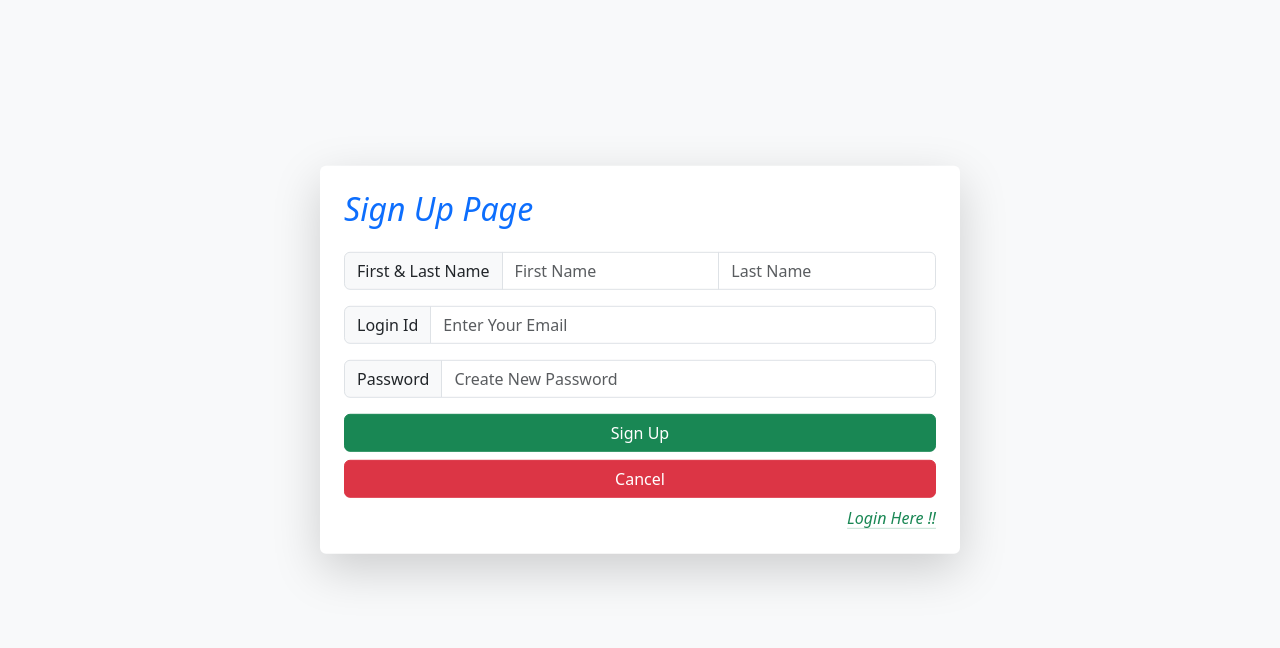
Repository: Niket-mishra/Dummy
Page: http://localhost/Mini-Project/NewCustomer.jsp
An editor plug-in stored every save of this project. The page is shown before and after the next save, followed by the edit.
The browser window is 1280 px wide. The pictures show the whole page.
The page is served by Tomcat 10. Other server files are loaded and not shown.

Above is the page before, as saved 2024-05-07 16:30:18.

### Mini-Project/src/main/webapp/NewCustomer.jsp
<%@ page language="java" contentType="text/html; charset=ISO-8859-1"
    pageEncoding="ISO-8859-1"%>
<!DOCTYPE html>
<html>
<head>
<meta charset="ISO-8859-1">
<title>Customer SignUp</title>
<link href="https://cdn.jsdelivr.net/npm/bootstrap@5.3.3/dist/css/bootstrap.min.css" rel="stylesheet" integrity="sha384-QWTKZyjpPEjISv5WaRU9OFeRpok6YctnYmDr5pNlyT2bRjXh0JMhjY6hW+ALEwIH" crossorigin="anonymous">
</head>
<body class = "bg-light">
<div class="position-absolute top-50 start-50 translate-middle  p-4 mb-5 rounded shadow-lg bg-white">
<h2 class ="mb-4 fst-italic text-primary">Sign Up Page</h2>
<form action="LoginController">
<div class="input-group mb-3">
  <span class="input-group-text">First & Last Name</span>
  <input type="text" aria-label="text" class="form-control" placeholder="First Name" required>
   <input type="text" aria-label="text" class="form-control" placeholder="Last Name" required>
</div>
<div class="input-group mb-3">
  <span class="input-group-text">Login Id</span>
  <input type="email" aria-label="Email" class="form-control" placeholder="Enter Your Email" required>
</div>

<div class="input-group mb-3">
  <span class="input-group-text">Password</span>
  <input type="password" aria-label="password" class="form-control" placeholder="Create New Password" required>
</div>

<div class="vstack gap-2 col-md-12 mx-auto">
<input type ="submit" value ="Sign Up" class="btn btn-success">
<input type ="reset" value ="Cancel" class = "btn btn-danger">
<a href="Login.jsp" class = "fst-italic align-bottom d-flex justify-content-end link-success link-offset-2 link-underline-opacity-25 link-underline-opacity-100-hover">Login Here !!</a>
</div>
</form>
</div>
</body>
</html>

After the next save:
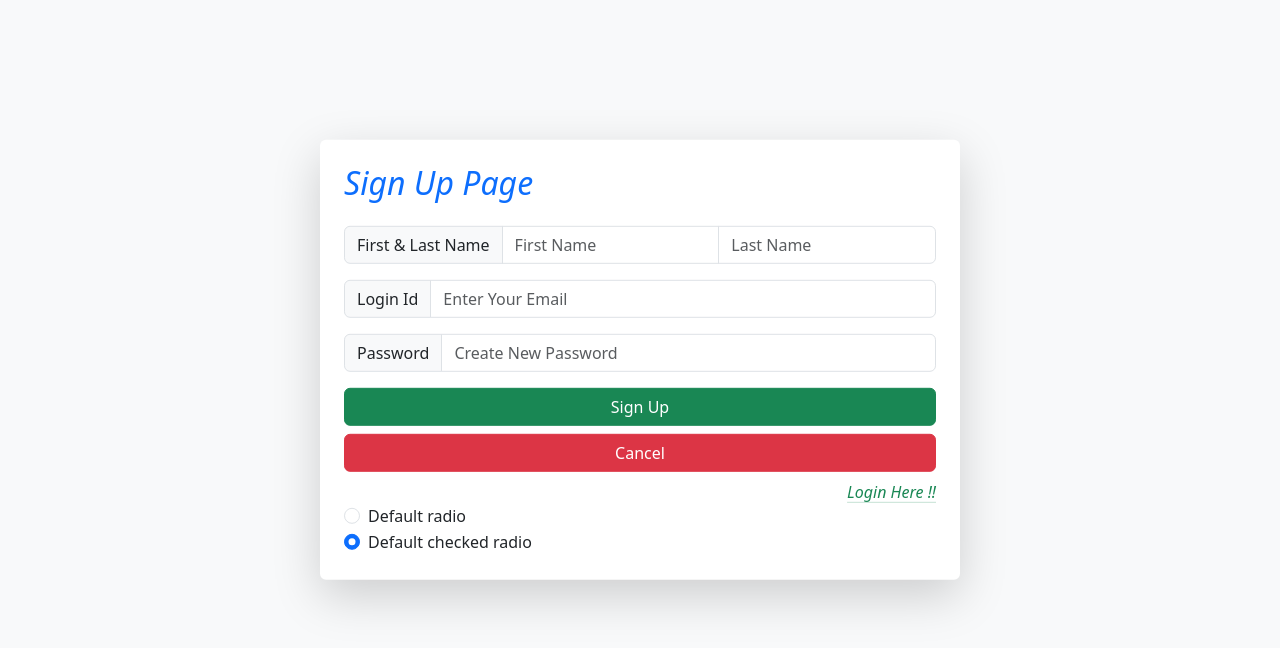
Saved 4 min 14 s later.
--- a/Mini-Project/src/main/webapp/NewCustomer.jsp
+++ b/Mini-Project/src/main/webapp/NewCustomer.jsp
@@ -31,6 +31,18 @@
 <input type ="reset" value ="Cancel" class = "btn btn-danger">
 <a href="Login.jsp" class = "fst-italic align-bottom d-flex justify-content-end link-success link-offset-2 link-underline-opacity-25 link-underline-opacity-100-hover">Login Here !!</a>
 </div>
+<div class="form-check">
+  <input class="form-check-input" type="radio" name="flexRadioDefault" id="flexRadioDefault1">
+  <label class="form-check-label" for="flexRadioDefault1">
+    Default radio
+  </label>
+</div>
+<div class="form-check">
+  <input class="form-check-input" type="radio" name="flexRadioDefault" id="flexRadioDefault2" checked>
+  <label class="form-check-label" for="flexRadioDefault2">
+    Default checked radio
+  </label>
+</div>
 </form>
 </div>
 </body>
